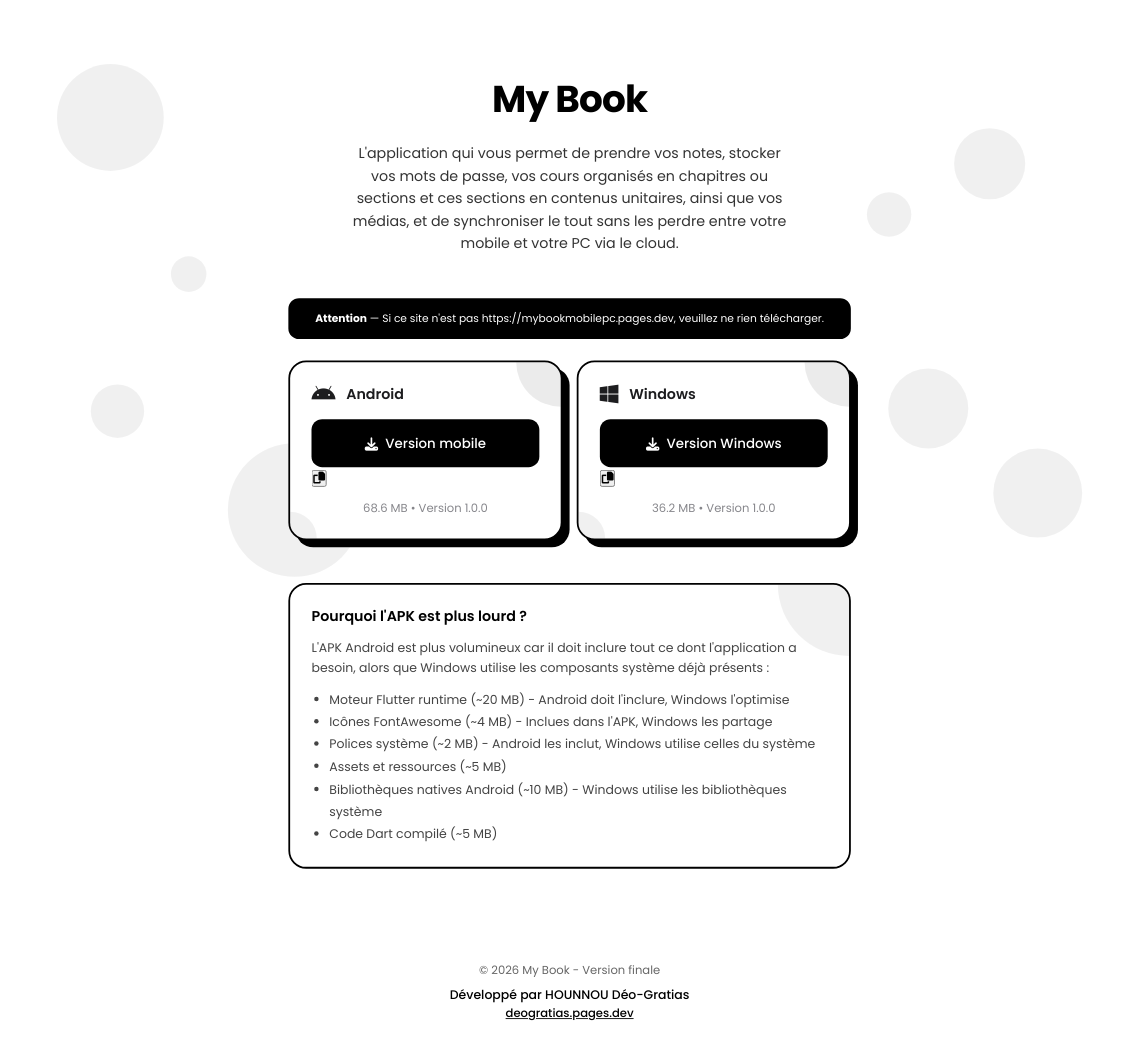
Repository: Deogratiasdev/app
Page: test.html
An editor plug-in stored every save of this project. The page is shown before and after the next save, followed by the edit.
The browser window is 1280 px wide. The pictures show the whole page, at 89% of full size.

Above is the page before, as saved 2026-04-12 00:27:44.

### test.html
<!DOCTYPE html>
<html lang="fr">
<head>
    <meta charset="UTF-8">
    <meta name="viewport" content="width=device-width, initial-scale=1.0">
    <title>My Book - Téléchargement</title>
    <link rel="preconnect" href="https://fonts.googleapis.com">
    <link rel="preconnect" href="https://fonts.gstatic.com" crossorigin>
    <link href="https://fonts.googleapis.com/css2?family=Poppins:wght@300;400;500;600;700&display=swap" rel="stylesheet">
    <link rel="stylesheet" href="https://cdnjs.cloudflare.com/ajax/libs/font-awesome/6.4.0/css/all.min.css">
    <style>
        * {
            margin: 0;
            padding: 0;
            box-sizing: border-box;
        }
        body {
            font-family: 'Poppins', sans-serif;
            background: #ffffff;
            color: #000000;
            line-height: 1.5;
            min-height: 100vh;
            display: flex;
            flex-direction: column;
        }
        .container {
            max-width: 680px;
            margin: 0 auto;
            padding: 80px 24px;
            flex: 1;
        }
        .header {
            text-align: center;
            margin-bottom: 48px;
        }
        .warning-box {
            background: #000000;
            border: 2px solid #000000;
            border-radius: 12px;
            padding: 12px 16px;
            margin-bottom: 24px;
            font-size: 12px;
            color: #ffffff;
            text-align: center;
            line-height: 1.5;
        }
        h1 {
            font-size: 42px;
            font-weight: 700;
            margin-bottom: 16px;
            letter-spacing: -1px;
            color: #000000;
        }
        .description {
            font-size: 16px;
            color: #333333;
            line-height: 1.6;
            max-width: 500px;
            margin: 0 auto;
        }
        .downloads {
            display: flex;
            flex-direction: column;
            gap: 16px;
            margin-bottom: 48px;
        }
        .download-card {
            background: #ffffff;
            border: 2px solid #000000;
            border-radius: 20px;
            padding: 24px;
            position: relative;
            overflow: hidden;
            transition: transform 0.3s ease;
            box-shadow: 8px 8px 0px #000000;
        }
        .download-card:hover {
            transform: translateY(-4px);
            box-shadow: 12px 12px 0px #000000;
        }
        .download-card::before {
            content: '';
            position: absolute;
            top: -50px;
            right: -50px;
            width: 100px;
            height: 100px;
            background: #000000;
            border-radius: 50%;
            opacity: 0.08;
        }
        .download-card::after {
            content: '';
            position: absolute;
            bottom: -30px;
            left: -30px;
            width: 60px;
            height: 60px;
            background: #000000;
            border-radius: 50%;
            opacity: 0.06;
        }
        .download-card-header {
            display: flex;
            align-items: center;
            margin-bottom: 16px;
        }
        .download-card-header i {
            font-size: 24px;
            margin-right: 12px;
            color: #1d1d1f;
        }
        .download-card-header h2 {
            font-size: 16px;
            font-weight: 600;
            color: #1d1d1f;
        }
        .download-btn {
            display: flex;
            align-items: center;
            justify-content: center;
            width: 100%;
            padding: 16px 24px;
            background: #000000;
            color: #ffffff;
            text-decoration: none;
            font-size: 15px;
            font-weight: 500;
            border: none;
            border-radius: 12px;
            transition: background 0.2s ease;
        }
        .download-btn:hover {
            background: #333333;
        }
        .download-btn i {
            margin-right: 8px;
        }
        .download-info {
            font-size: 13px;
            color: #86868b;
            margin-top: 12px;
            text-align: center;
        }
        .info-section {
            background: #ffffff;
            border: 2px solid #000000;
            border-radius: 20px;
            padding: 24px;
            position: relative;
            overflow: hidden;
        }
        .info-section::before {
            content: '';
            position: absolute;
            top: -80px;
            right: -80px;
            width: 160px;
            height: 160px;
            background: #000000;
            border-radius: 50%;
            opacity: 0.06;
        }
        .info-section h3 {
            font-size: 16px;
            font-weight: 600;
            color: #000000;
            margin-bottom: 12px;
        }
        .info-section p {
            font-size: 14px;
            color: #444444;
            line-height: 1.6;
            margin-bottom: 12px;
        }
        .info-section ul {
            font-size: 14px;
            color: #444444;
            line-height: 1.8;
            margin-left: 20px;
        }
        .footer {
            text-align: center;
            padding: 24px;
            font-size: 13px;
            color: #666666;
        }
        .footer a {
            color: #000000;
            text-decoration: underline;
            font-weight: 500;
            transition: color 0.2s ease;
        }
        .footer a:hover {
            color: #333333;
        }
        .author {
            margin-top: 8px;
            font-size: 14px;
            font-weight: 500;
            color: #000000;
        }

        /* Bulles figées en background */
        .bg-bubbles {
            position: fixed;
            top: 0;
            left: 0;
            width: 100%;
            height: 100%;
            pointer-events: none;
            z-index: -1;
            overflow: hidden;
        }
        .bg-bubbles .bubble {
            position: absolute;
            background: #000000;
            border-radius: 50%;
            opacity: 0.06;
        }
        .bg-bubbles .bubble:nth-child(1) { width: 120px; height: 120px; top: 10%; left: 5%; }
        .bg-bubbles .bubble:nth-child(2) { width: 80px; height: 80px; top: 20%; right: 10%; }
        .bg-bubbles .bubble:nth-child(3) { width: 60px; height: 60px; top: 60%; left: 8%; }
        .bg-bubbles .bubble:nth-child(4) { width: 100px; height: 100px; top: 70%; right: 5%; }
        .bg-bubbles .bubble:nth-child(5) { width: 40px; height: 40px; top: 40%; left: 15%; }
        .bg-bubbles .bubble:nth-child(6) { width: 150px; height: 150px; bottom: 10%; left: 20%; }
        .bg-bubbles .bubble:nth-child(7) { width: 50px; height: 50px; top: 30%; right: 20%; }
        .bg-bubbles .bubble:nth-child(8) { width: 90px; height: 90px; bottom: 30%; right: 15%; }
        @media (min-width: 768px) {
            .downloads {
                flex-direction: row;
            }
            .download-card {
                flex: 1;
            }
        }
    </style>
</head>
<body>
    <div class="bg-bubbles">
        <div class="bubble"></div>
        <div class="bubble"></div>
        <div class="bubble"></div>
        <div class="bubble"></div>
        <div class="bubble"></div>
        <div class="bubble"></div>
        <div class="bubble"></div>
        <div class="bubble"></div>
    </div>
    <div class="container">
        <div class="header">
            <h1>My Book</h1>
            <p class="description">L'application qui vous permet de prendre vos notes, stocker vos mots de passe, vos cours organisés en chapitres ou sections et ces sections en contenus unitaires, ainsi que vos médias, et de synchroniser le tout sans les perdre entre votre mobile et votre PC via le cloud.</p>
        </div>

        <div class="warning-box">
            <strong>Attention</strong> — Si ce site n'est pas https://mybookmobilepc.pages.dev, veuillez ne rien télécharger.
        </div>

        <div class="downloads">
            <div class="download-card">
                <div class="download-card-header">
                    <i class="fab fa-android"></i>
                    <h2>Android</h2>
                </div>
                <div class="download-row">
                    <a href="https://github.com/Deogratiasdev/app/raw/main/releases/MyBook.apk" download class="download-btn"><i class="fas fa-download"></i> Version mobile</a>
                    <button class="copy-btn" onclick="copyUrl('https://github.com/Deogratiasdev/app/raw/main/releases/MyBook.apk')" title="Copier le lien"><i class="fas fa-copy"></i></button>
                </div>
                <p class="download-info">68.6 MB • Version 1.0.0</p>
            </div>

            <div class="download-card">
                <div class="download-card-header">
                    <i class="fab fa-windows"></i>
                    <h2>Windows</h2>
                </div>
                <div class="download-row">
                    <a href="https://github.com/Deogratiasdev/app/raw/main/releases/MyBook_Setup.exe" download class="download-btn"><i class="fas fa-download"></i> Version Windows</a>
                    <button class="copy-btn" onclick="copyUrl('https://github.com/Deogratiasdev/app/raw/main/releases/MyBook_Setup.exe')" title="Copier le lien"><i class="fas fa-copy"></i></button>
                </div>
                <p class="download-info">36.2 MB • Version 1.0.0</p>
            </div>
        </div>

        <div class="info-section">
            <h3>Pourquoi l'APK est plus lourd ?</h3>
            <p>L'APK Android est plus volumineux car il doit inclure tout ce dont l'application a besoin, alors que Windows utilise les composants système déjà présents :</p>
            <ul>
                <li>Moteur Flutter runtime (~20 MB) - Android doit l'inclure, Windows l'optimise</li>
                <li>Icônes FontAwesome (~4 MB) - Inclues dans l'APK, Windows les partage</li>
                <li>Polices système (~2 MB) - Android les inclut, Windows utilise celles du système</li>
                <li>Assets et ressources (~5 MB)</li>
                <li>Bibliothèques natives Android (~10 MB) - Windows utilise les bibliothèques système</li>
                <li>Code Dart compilé (~5 MB)</li>
            </ul>
        </div>
    </div>

    <div class="footer">
        © 2026 My Book - Version finale<br>
        <div class="author">Développé par HOUNNOU Déo-Gratias</div>
        <a href="https://deogratias.pages.dev" target="_blank">deogratias.pages.dev</a>
    </div>
</body>
</html>

After the next save:
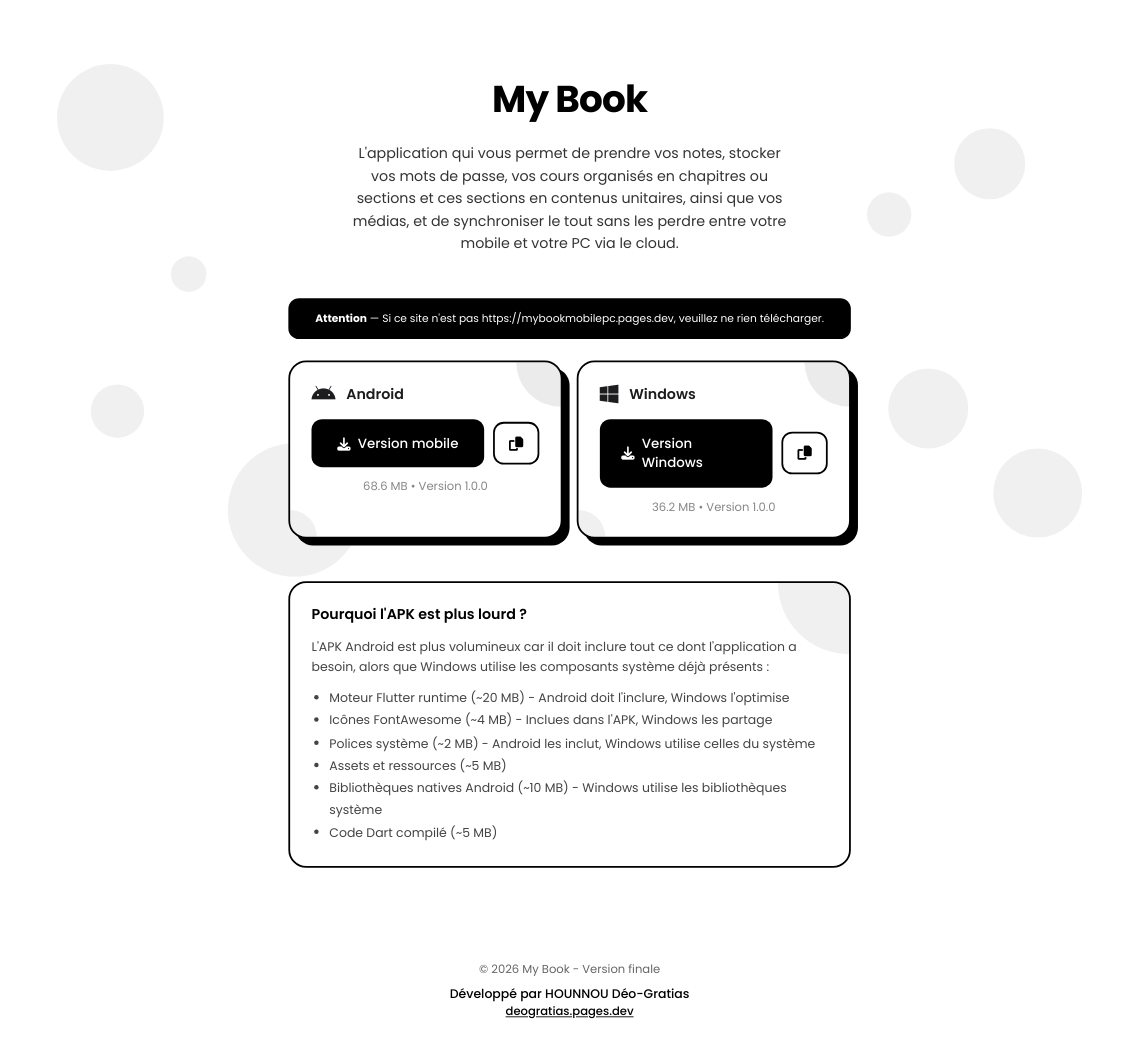
Saved 51 s later.
--- a/test.html
+++ b/test.html
@@ -136,6 +136,35 @@
         .download-btn i {
             margin-right: 8px;
         }
+        .download-row {
+            display: flex;
+            gap: 10px;
+            align-items: center;
+        }
+        .download-row .download-btn {
+            flex: 1;
+        }
+        .copy-btn {
+            background: #ffffff;
+            border: 2px solid #000000;
+            border-radius: 12px;
+            padding: 14px 16px;
+            cursor: pointer;
+            font-size: 16px;
+            color: #000000;
+            transition: all 0.2s ease;
+            display: flex;
+            align-items: center;
+            justify-content: center;
+        }
+        .copy-btn:hover {
+            background: #000000;
+            color: #ffffff;
+        }
+        .copy-btn.copied {
+            background: #000000;
+            color: #ffffff;
+        }
         .download-info {
             font-size: 13px;
             color: #86868b;
